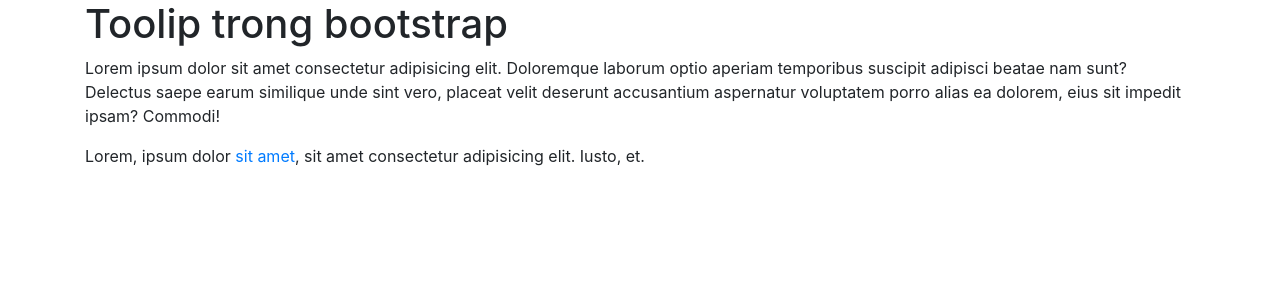
Repository: anhtu2110/front_end
Page: lesson/bootstrap/advance/5.17-toolip.html
An editor plug-in stored every save of this project. The page is shown before and after the next save, followed by the edit.
The browser window is 1280 px wide. The pictures show the whole page.

Above is the page before, as saved 2022-12-10 08:26:58.

### lesson/bootstrap/advance/5.17-toolip.html
<!DOCTYPE html>
<html lang="en">

<head>
    <meta charset="UTF-8" />
    <meta http-equiv="X-UA-Compatible" content="IE=edge" />
    <meta name="viewport" content="width=device-width, initial-scale=1.0" />
    <link rel="stylesheet" href="./bootstrap/css/bootstrap.min.css" />
    <title>Sử dụng chú thích nâng cao với Toolip</title>
</head>

<body>
    <div class="container">
        <div class="row">
            <div class="col-md-12">
                <h1>Toolip trong bootstrap</h1>
                <p>Lorem ipsum dolor sit amet consectetur adipisicing elit. Doloremque laborum optio aperiam temporibus
                    suscipit adipisci beatae nam sunt? Delectus saepe earum similique unde sint vero, placeat velit
                    deserunt accusantium aspernatur voluptatem porro alias ea dolorem, eius sit impedit ipsam? Commodi!
                </p>
                <!-- 3.Điều khiển vị trí hiển thị tooltip
                Thêm thuộc tính data-placement='top|left|right|bottom'
                mặc định là top
                -->
                <p>Lorem, ipsum dolor <a href="" data-toggle="Tooltip"
                        title="Tooltip for a Doloremque laborum optio aperiam temporibus" data-placement="left">sit
                        amet</a>, sit amet
                    consectetur
                    adipisicing elit. Iusto, et.</p>
                <!-- <p>Lorem, ipsum dolor <a href="" data-toggle="Tooltip"
                        title="Tooltip for a Doloremque laborum optio aperiam temporibus" data-placement="right">sit
                        amet</a>, sit amet
                    consectetur
                    adipisicing elit. Iusto, et.</p>
                <p>Lorem, ipsum dolor <a href="" data-toggle="Tooltip"
                        title="Tooltip for a Doloremque laborum optio aperiam temporibus" data-placement="bottom">sit
                        amet</a>, sit amet
                    consectetur
                    adipisicing elit. Iusto, et.</p>
                <p>Lorem, ipsum dolor <a href="" data-toggle="Tooltip"
                        title="Tooltip for a Doloremque laborum optio aperiam temporibus" data-placement="top">sit
                        amet</a>, sit amet
                    consectetur
                    adipisicing elit. Iusto, et.</p> -->
            </div>
        </div>
    </div>
    <script src="js/jquery-3.6.1.min.js"></script>
    <script>
        $(document).ready(function () {
            //Kích hoạt tooltip
            $('[data-toggle="Tooltip"]').tooltip({
                // placement: 'right',
                trigger: 'hover focus',
                //tham số quyết định khi nào toolip xuất hiện
            });
        });
    </script>
    <script src="js/popper.min.js"></script>
    <script src="./bootstrap/js/bootstrap.min.js"></script>
</body>

</html>

Loaded but not shown: lesson/bootstrap/advance/bootstrap/css/bootstrap.min.css (library); lesson/bootstrap/advance/js/jquery-3.6.1.min.js (library); lesson/bootstrap/advance/js/popper.min.js (library); lesson/bootstrap/advance/bootstrap/js/bootstrap.min.js (library)

After the next save:
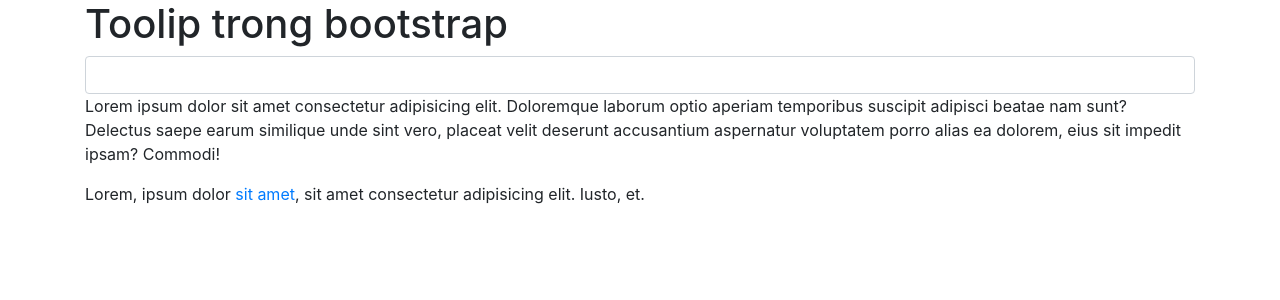
Saved 2 min 49 s later.
--- a/lesson/bootstrap/advance/5.17-toolip.html
+++ b/lesson/bootstrap/advance/5.17-toolip.html
@@ -14,6 +14,9 @@
         <div class="row">
             <div class="col-md-12">
                 <h1>Toolip trong bootstrap</h1>
+                <form action="">
+                    <input type="text" name="username" class="form-control" id="">
+                </form>
                 <p>Lorem ipsum dolor sit amet consectetur adipisicing elit. Doloremque laborum optio aperiam temporibus
                     suscipit adipisci beatae nam sunt? Delectus saepe earum similique unde sint vero, placeat velit
                     deserunt accusantium aspernatur voluptatem porro alias ea dolorem, eius sit impedit ipsam? Commodi!
@@ -53,6 +56,8 @@
                 // placement: 'right',
                 trigger: 'hover focus',
                 //tham số quyết định khi nào toolip xuất hiện
+                html: true,
+
             });
         });
     </script>
